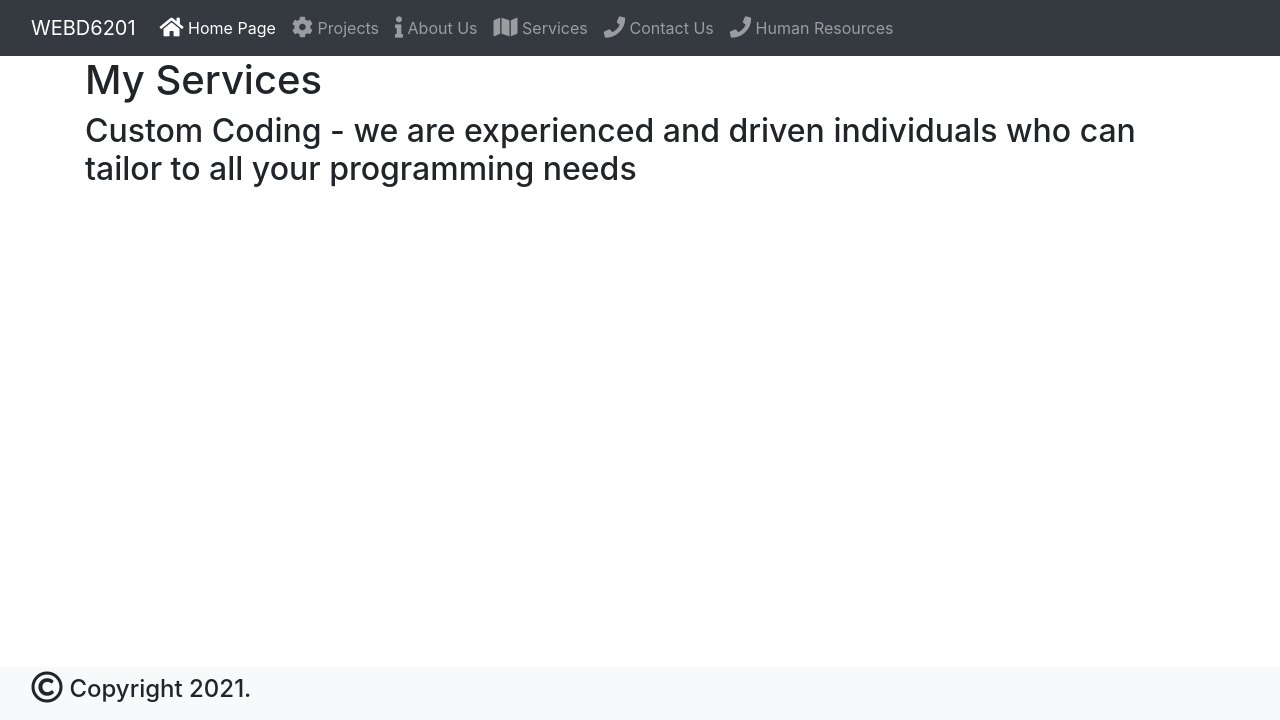
Repository: arbin6ix/ICE-2
Page: services.html
These files come from the project's save history. The page is drawn as it stood at one moment and after the next save; the edit follows.
The browser window is 1280 px wide. The pictures show the whole page.

Above is the page before, as saved 2021-02-05 22:43:05.

### services.html
<!DOCTYPE html>
<html lang="en">
<head>
    <meta charset="UTF-8">
    <meta name="viewport" content="width=device-width, initial-scale=1.0">
    <title>Services</title>
    <!-- CSS Section -->
    <link rel="stylesheet" href="./node_modules/bootstrap/dist/css/bootstrap.min.css">
    <link rel="stylesheet" href="./node_modules/@fortawesome/fontawesome-free/css/all.min.css">
    <link rel="stylesheet" href="./Content/app.css">
</head>
<body>
    <!-- Main Header -->
    <header>
        <!-- Main Navigation -->
        <nav class="navbar navbar-expand-lg navbar-dark bg-dark">
          <div class="container-fluid">
            <a class="navbar-brand" href="services.html">WEBD6201</a>
            <button class="navbar-toggler" type="button" data-bs-toggle="collapse" data-bs-target="#navbarSupportedContent" aria-controls="navbarSupportedContent" aria-expanded="false" aria-label="Toggle navigation">
              <span class="navbar-toggler-icon"></span>
            </button>
            <div class="collapse navbar-collapse" id="navbarSupportedContent";>
              <ul class="navbar-nav me-auto mb-2 mb-lg-0">
                <li class="nav-item">
                  <a class="nav-link active" aria-current="page" href="index.html"><i class="fas fa-home fa-lg"></i> Home Page</a>
                </li>

                <li class="nav-item">
                  <a class="nav-link" aria-current="page" href="projects.html"><i class="fas fa-cog fa-lg"></i> Projects</a>
                </li>

                <li class="nav-item">
                  <a class="nav-link" aria-current="page" href="about.html"><i class="fas fa-info fa-lg"></i> About Us</a>
                </li>

                <li class="nav-item">
                  <a class="nav-link" aria-current="page" href="services.html"><i class="fas fa-map fa-lg"></i> Services</a>
                </li>

                <li class="nav-item">
                  <a class="nav-link" aria-current="page" href="contact.html"><i class="fas fa-phone fa-lg"></i> Contact Us</a>
                </li>

                <li class="nav-item">
                  <a class="nav-link" aria-current="page" href="human-resources.html"><i class="fas fa-phone fa-lg"></i> Human Resources</a>
                </li>
              </ul>
            </div>
          </div>
        </nav>
  </header>
    <!-- Main Content -->
    <main class="container">
        <h1>My Services</h1>
        <h2>Custom Coding - we are experienced and driven individuals who can tailor to all your programming needs</h2>
    </main>

    <!-- Main Footer -->
    <footer>
        <nav class="navbar fixed-bottom navbar-light bg-light">
            <div class="container-fluid">
              <h4><i class="far fa-copyright fa-lg"></i> Copyright 2021.</h4>
            </div>
          </nav>
    </footer>

    <!-- Script Section-->
    <script src="./node_modules/jquery/dist/jquery.min.js"></script>
    <script src="./node_modules/bootstrap/dist/js/bootstrap.bundle.min.js"></script>
    <script src="./Scripts/app.js"></script>
</body>
</html>

### Scripts/app.js
/* custom JavaScript goes here */

//IIFE - Immediately Invoked Function Expression
//AKA - Anonymous Self-Executing Function
//Closure - limits scope leak

"use strict";
//Contact Class


(function()
{
    function displayHome()
    {
        let paragraphOneText =
          "This is a simple site to demonstrate DOM Manipulation for ICE 2";

        let paragraphOneElement = document.getElementById("paragraphOne");

        paragraphOneElement.textContent = paragraphOneText;
        paragraphOneElement.className = "fs-5";

        // Step 1. document.createElement
        let newParagraph = document.createElement("p");
        // Step 2. configure the element
        newParagraph.setAttribute("id", "paragraphTwo");
        newParagraph.textContent = "...And this is paragraph two";
        // Step 3. select the parent element
        let mainContent = document.getElementsByTagName("main")[0];
        // Step 4. Add / Insert the element
        mainContent.appendChild(newParagraph);

        newParagraph.className = "fs-6";

        // another way of injecting content
        let paragraphDiv = document.createElement("div");
        let paragraphThree = `<p id="paragraphThree" class="fs-7 fw-bold">And this is the Third Paragraph</p>`;
        paragraphDiv.innerHTML = paragraphThree;

        // insertions

        // example of inserting before a node
        //newParagraph.before(paragraphDiv);

        // example of inserting after a node
        newParagraph.after(paragraphDiv);

        // deletions

        // example of removing a single element
        //paragraphOneElement.remove();

        // example of removeChild
        mainContent.removeChild(paragraphOneElement);

        // update / modification
        //mainContent.firstElementChild.textContent = "Welcome Home!";

        mainContent.innerHTML = `<h1 id="firstHeading">Welcome to WEBD6201 - Lab 1</h1>
         <p id="paragraphOne" class="fs-3 fw-bold">This is my first Paragraph</p>
        `;

    }

    function displayAbout()
    {

    }

    function displayProjects()
    {

    }

    function displayServices()
    {

    }

    function displayContact()
    {
        let messageArea = document.getElementById("messageArea");
        messageArea.hidden = true;

        // form validation
        let fullName = document.getElementById("fullName");
        fullName.addEventListener("blur", function() {
            if(fullName.value.length < 2)
            {
                fullName.focus();
                fullName.select();
                messageArea.hidden = false;
                messageArea.className = "alert alert-danger";
                messageArea.textContent = "Please enter an appropriate Name";
            }
            else
            {
                messageArea.removeAttribute("class");
                messageArea.hidden = true;
            }
        });

        let sendButton = document.getElementById("sendButton");
        sendButton.addEventListener("click", function(event){
            //event.preventDefault();


            let contact = new Contact(fullName.value, contactNumber.value, emailAddress.value);
              localStorage.setItem((localStorage.length + 1).toString(), contact.serialize());







        });
    }

    function displayContactList()
    {
      if (localStorage.length > 0)
      {
        let contactList = document.getElementById("contactList");

        let data = "";

        for (let index = 0; index < localStorage.length; index++)
        {
          let contactData = localStorage.getItem((index + 1).toString());

          let contact = new Contact();
          contact.deserialize(contactData);

          data += `<tr>
          <th scope="row">${index + 1}</th>
          <td>${contact.FullName}</td>
          <td>${contact.ContactNumber}</td>
          <td>${contact.EmailAddress}</td>
        </tr>`;
        }

        contactList.innerHTML = data;
      }
    }



    function Start()
    {
        console.log("App Started...");

        switch (document.title)
        {
          case "Home":
              displayHome();
            break;
          case "About":
              displayAbout();
            break;
          case "Projects":
              displayProjects();
            break;
          case "Services":
              displayServices();
            break;
          case "Contact":
              displayContact();
            break;
          case "Contact-List":
            displayContactList();
          break;
        }

    }

    window.addEventListener("load", Start);

})();

Loaded but not shown: node_modules/bootstrap/dist/css/bootstrap.min.css (library); node_modules/@fortawesome/fontawesome-free/css/all.min.css (library); Content/app.css (common file); node_modules/jquery/dist/jquery.min.js (library); node_modules/bootstrap/dist/js/bootstrap.bundle.min.js (library)

After the next save:
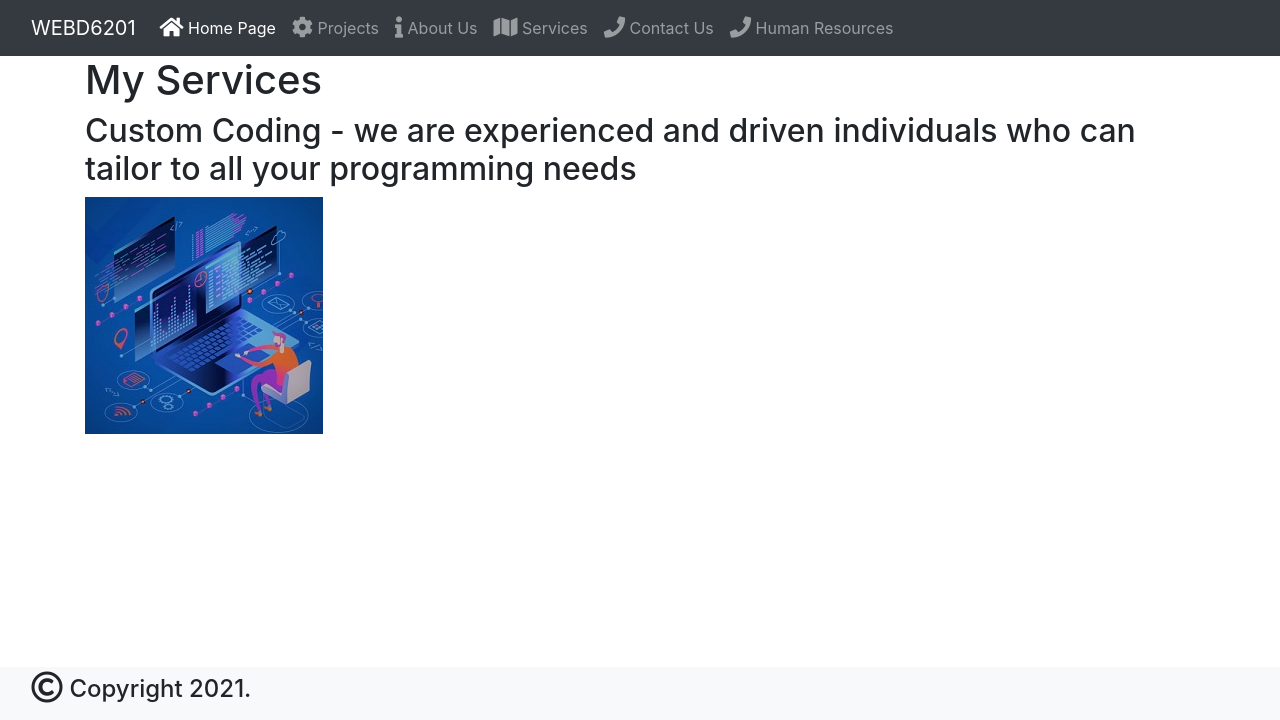
Saved 2 min 30 s later.
--- a/services.html
+++ b/services.html
@@ -53,6 +53,7 @@
     <main class="container">
         <h1>My Services</h1>
         <h2>Custom Coding - we are experienced and driven individuals who can tailor to all your programming needs</h2>
+        <img src="images/coding.jpg">
     </main>
 
     <!-- Main Footer -->
